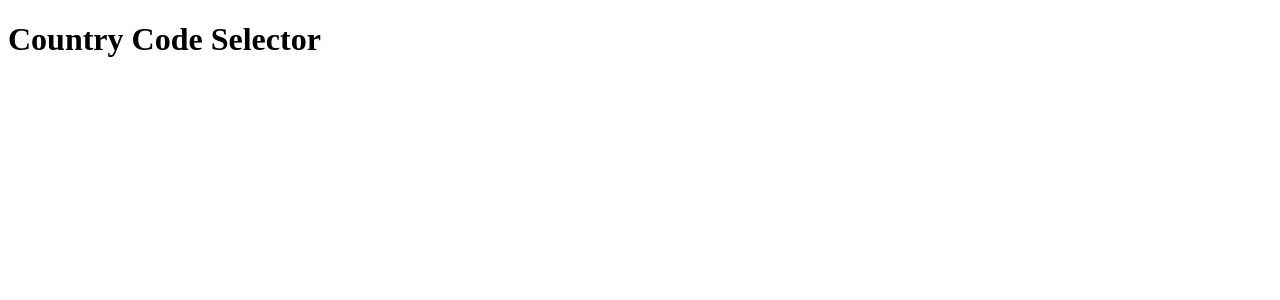
Repository: shkuropatenko/Country-Code-Selector
Page: /
The author's editor kept a copy of each file at every save. The page is drawn from the files as they stood at one save, then again after the next save.
The browser window is 1280 px wide. The pictures show the whole page.
The page's requests for data from a server got no answer. The project was rebuilt for these pictures with package versions that can differ from the ones it lists, and the page was loaded fresh each time. No one was signed in, and anything a server would have sent is missing. Also part of the build but not shown: src/components/PhoneNumberInput/PhoneNumberInput.tsx.

Above is the page before, as saved 2024-09-26 18:34:47.

### src/index.js
import React from "react";
import ReactDOM from "react-dom/client";
import App from "./App";
import { AppProvider } from "./context/AppContext"; // Ensure this path is correct

const root = ReactDOM.createRoot(document.getElementById("root"));
root.render(
  <React.StrictMode>
    <AppProvider>
      <App />
    </AppProvider>
  </React.StrictMode>
);

### src/App.tsx
import React from "react";

const App: React.FC = () => {
  return (
    <div>
      <h1>Country Code Selector</h1>
      {/* Other components go here */}
    </div>
  );
};

export default App;

### src/context/AppContext.tsx
import React, { createContext, useState, useEffect } from "react";
import { generateAccessToken, getCountries } from "../services/api";

interface Country {
  id: string;
  name: string;
  calling_code: string;
  phone_length: string;
}

interface AppContextProps {
  token: string;
  countries: Country[];
  loading: boolean;
  error: string | null;
}

interface AppProviderProps {
  children: React.ReactNode;
}

export const AppContext = createContext<AppContextProps>({
  token: "",
  countries: [],
  loading: false,
  error: null,
});

export const AppProvider: React.FC<AppProviderProps> = ({ children }) => {
  const [token, setToken] = useState<string>("");
  const [countries, setCountries] = useState<Country[]>([]);
  const [loading, setLoading] = useState<boolean>(true);
  const [error, setError] = useState<string | null>(null);

  useEffect(() => {
    const initialize = async () => {
      try {
        const fetchedToken = await generateAccessToken();
        setToken(fetchedToken);

        const fetchedCountries: Country[] = await getCountries(fetchedToken);
        setCountries(fetchedCountries);
        setLoading(false);
      } catch (err) {
        setError("Failed to initialize application.");
        setLoading(false);
      }
    };
    initialize();
  }, []);

  return (
    <AppContext.Provider value={{ token, countries, loading, error }}>
      {children}
    </AppContext.Provider>
  );
};

### src/services/api.ts
import axios from "axios";

interface Country {
  id: string;
  name: string;
  calling_code: string;
  phone_length: string;
}

const API_BASE_URL = "https://sandbox-api.softpoint.io/interface/v1";
const API_KEY = "PO8Rlv4TiYdnZ6NF4uYN/98k6zIGBEkbBG7hBXi9QcI=";

export const generateAccessToken = async (): Promise<string> => {
  const response = await axios.post(`${API_BASE_URL}/access_token`, null, {
    headers: {
      "Api-Key": API_KEY,
    },
    params: {
      corporate_id: 10,
    },
  });

  return response.data.access_token;
};

export const getCountries = async (token: string): Promise<Country[]> => {
  const response = await fetch(`your_api_endpoint`, {
    method: "GET",
    headers: {
      Authorization: `Bearer ${token}`,
      "Content-Type": "application/json",
    },
  });

  if (!response.ok) {
    throw new Error("Failed to fetch countries");
  }

  const data = await response.json();

  return data;
};

export const sendTwoFactorAuth = async (
  token: string,
  phoneNumber: number,
  countryId: number
) => {
  const response = await axios.post(
    `${API_BASE_URL}/challenges/two_factor_auth`,
    null,
    {
      headers: {
        Authorization: `Bearer ${token}`,
      },
      params: {
        phone_number: phoneNumber,
        country_id: countryId,
      },
    }
  );

  return response.data;
};

### src/components/CountrySelector/CountrySelector.tsx
// src/components/CountrySelector.tsx
import React, { useContext } from "react";
import { AppContext } from "../../context/AppContext";
import PhoneNumberInput from "../PhoneNumberInput/PhoneNumberInput";
import { useForm, FormProvider } from "react-hook-form";

const CountrySelector: React.FC = () => {
  const { countries, loading, error } = useContext(AppContext);
  const methods = useForm();

  if (loading) {
    return <div>Loading...</div>;
  }

  if (error) {
    return <div>Error: {error}</div>;
  }

  return (
    <FormProvider {...methods}>
      <form>
        <div>
          <label htmlFor="country">Select Country:</label>
          <select id="country" {...methods.register("country")}>
            {countries.map((country) => (
              <option key={country.id} value={country.id}>
                {country.name} (+{country.calling_code})
              </option>
            ))}
          </select>
        </div>
        <PhoneNumberInput mask="(999) 999-9999" />
        <button type="submit">Submit</button>
      </form>
    </FormProvider>
  );
};

export default CountrySelector;

Loaded but not shown: public/index.html (common file)

After the next save:
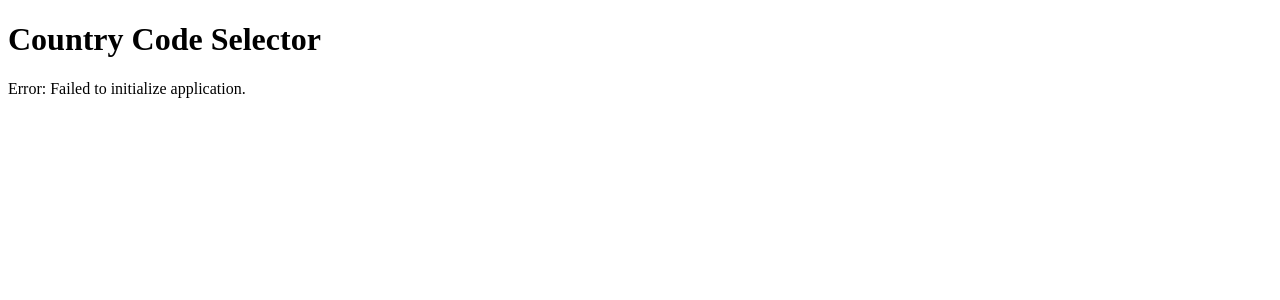
Saved 35 s later.
--- a/src/App.tsx
+++ b/src/App.tsx
@@ -1,10 +1,11 @@
 import React from "react";
+import CountrySelector from "./components/CountrySelector/CountrySelector";
 
 const App: React.FC = () => {
   return (
     <div>
       <h1>Country Code Selector</h1>
-      {/* Other components go here */}
+      <CountrySelector />
     </div>
   );
 };
